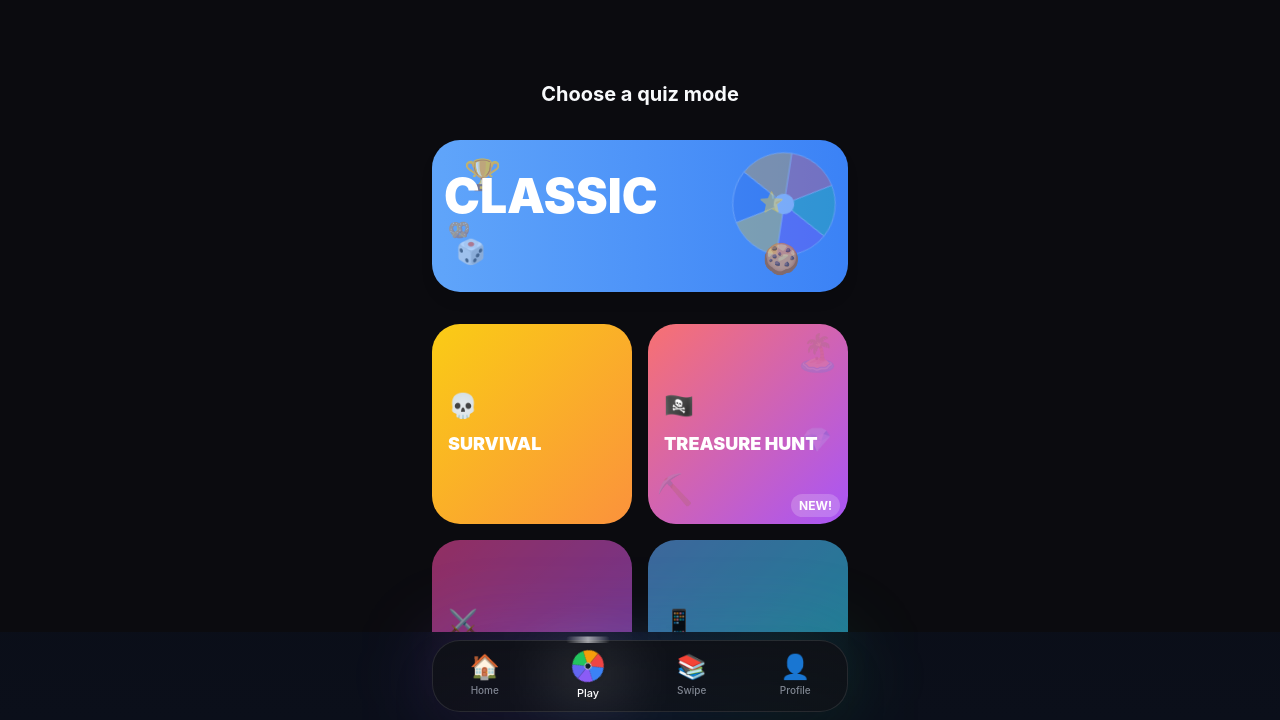
Repository: nirmaldas07/quizify-app
Page: /play
An editor plug-in stored every save of this project. The page is shown before and after the next save, followed by the edit.
The browser window is 1280 px wide. The pictures show the whole page.
An inner scrolling area shows only its first screen. The project was rebuilt for these pictures with package versions that can differ from the ones it lists, and the page was loaded fresh each time. Some packages were replaced by stand-ins written for this rebuild. Also part of the build but not shown: src/components/Shared/CoinFly.jsx, src/components/GameSystem/AvatarDisplay.jsx, src/components/GameSystem/XPBar.jsx, src/components/GameSystem/EnergyMeter.jsx, src/utils/categories.js, src/components/Home/HeroCard.jsx, src/components/Home/QuickActions.jsx, src/components/Home/CategoryGrid.jsx and 44 more.

Above is the page before, as saved 2025-08-31 23:12:44.

### index.html
<!DOCTYPE html>
<html lang="en">
  <head>
    <meta charset="UTF-8" />
    <meta name="viewport" content="width=device-width, initial-scale=1.0" />
    <link rel="icon" href="data:[embedded picture, 126 characters]">
    <title>Quizify</title>
  </head>
  <body>
    <div id="root"></div>
    <script type="module" src="/src/main.jsx"></script>
  </body>
</html>

### src/App.jsx
// src/App.jsx
import React, { createContext, useContext } from 'react';
import { Routes, Route, Navigate } from "react-router-dom";
import Layout from "./components/Shared/Layout";
import Home from "./components/Home/Home";
import Play from "./components/Play/PlayHome";
import Quiz from "./components/Quiz/Quiz.jsx";
import PartySpin from "./components/Play/PartySpin";
import SwipeQuiz from './components/Swipe/SwipeQuiz.jsx';

// Profile imports
import ProfileHome from "./components/Profile/ProfileHome";
import ProfileLeaderboard from "./components/Profile/Leaderboard";
import ProfileHistory from "./components/Profile/History";
import ProfileRewards from "./components/Profile/Rewards";
import ProfileBadges from "./components/Profile/Badges";
import ProfileAchievements from "./components/Profile/Achievements";
import ProfileStreaks from "./components/Profile/Streaks";
import ProfileQuests from "./components/Profile/Quests";
import ProfileSettings from "./components/Profile/Settings";


// Game System imports
import { useGameState } from './hooks/useGameState';

// Create Game Context
const GameContext = createContext(null);

// Export hook to use game context in components
export const useGame = () => {
  const context = useContext(GameContext);
  if (!context) {
    throw new Error('useGame must be used within GameProvider');
  }
  return context;
};

// Game Provider Wrapper
function GameProvider({ children }) {
  const gameState = useGameState();

  return (
    <GameContext.Provider value={gameState}>
      {children}
    </GameContext.Provider>
  );
}

export default function App() {
  return (
    <GameProvider>
      <Routes>
        <Route element={<Layout />}>
          <Route path="/" element={<Home />} />
          <Route path="/play" element={<Play />} />
          <Route path="/play/party" element={<PartySpin />} />

          {/* Profile routes */}
          <Route path="/profile" element={<ProfileHome />} />
          <Route path="/profile/leaderboard" element={<ProfileLeaderboard />} />
          <Route path="/profile/history" element={<ProfileHistory />} />
          <Route path="/profile/rewards" element={<ProfileRewards />} />
          <Route path="/profile/badges" element={<ProfileBadges />} />
          <Route path="/profile/achievements" element={<ProfileAchievements />} />
          <Route path="/profile/streaks" element={<ProfileStreaks />} />
          <Route path="/profile/quests" element={<ProfileQuests />} />
          <Route path="/profile/settings" element={<ProfileSettings />} />
          <Route path="/swipe" element={<SwipeQuiz />} />
          {/* Old leaders path → redirect */}
          <Route path="/leaders" element={<Navigate to="/profile/leaderboard" replace />} />

          {/* Quiz flow - Update this path when you move Quiz.jsx to Quiz folder */}
          <Route path="/quiz/:category" element={<Quiz />} />

          {/* Fallback */}
          <Route path="*" element={<Home />} />
        </Route>
      </Routes>
    </GameProvider>
  );
}

### src/index.css
@tailwind base;
@tailwind components;
@tailwind utilities;

/* ---------- Base (global) ---------- */
@layer base {
  html, body, #root { height: 100%; background:#000; color:#fff; }

  /* Calm dark surface + crisp type everywhere */
  body { @apply bg-base-bg text-base-text antialiased font-sans; }

  /* Subtle selection tint */
  ::selection { @apply bg-brand-blue/30; }
}

/* ---------- Tiny reusable pieces (optional, but handy) ---------- */
@layer components {
  .card { @apply bg-base-card/90 border border-base-border rounded-2xl p-4; }
  .pill { @apply px-3 py-1 rounded-full bg-white/5 border border-base-border text-xs; }

  .btn-primary {
    @apply bg-brand-blue text-white font-medium rounded-xl px-4 py-2
           hover:bg-brand-blue/90 transition shadow-soft;
  }
  .btn-ghost {
    @apply bg-white/5 border border-base-border text-base-text rounded-xl px-4 py-2
           hover:bg-white/10 transition;
  }
}

### src/components/Play/PlayHome.jsx
//src/components/Play/PlayHome.jsx
import { useState } from "react";
import { useNavigate } from "react-router-dom";
import ClassicMode from "./modes/classic/ClassicMode";
import SurvivalMode from "./modes/survival/SurvivalMode.jsx";
import TreasureHuntMode from "./modes/treasureHunt/TreasureHuntMode.jsx";

const PRIMARY_CATS = [
  { name: "General Knowledge", questions: 50, icon: "🧠", color: "#7C3AED" },
  { name: "Artificial Intelligence", questions: 28, icon: "🤖", color: "#10B981" },
  { name: "Fun facts", questions: 30, icon: "🎉", color: "#EF4444" },
  { name: "Science", questions: 45, icon: "🧪", color: "#F59E0B" },
  { name: "History", questions: 42, icon: "🏺", color: "#2563EB" },
  { name: "Geography", questions: 38, icon: "🗺️", color: "#FACC15" }
];

const WHEEL_CATEGORIES = PRIMARY_CATS.slice(0, 6);
const sliceAngle = 360 / WHEEL_CATEGORIES.length;

function ModesGrid({ onModeSelect, onNavigateHome }) {
  return (
    <div className="fixed inset-0 bg-base-bg text-base-text overflow-hidden">
      <div className="h-full overflow-y-auto mx-auto max-w-md px-4 pt-[calc(env(safe-area-inset-top)+5rem)] pb-[calc(env(safe-area-inset-bottom)+5.25rem)]">
        <header className="flex items-center mb-8">
          <h1 className="text-center text-xl font-bold w-full">Choose a quiz mode</h1>
        </header>

        <div className="space-y-8">
          <button
            onClick={() => onModeSelect('classic')}
            className="w-full relative overflow-hidden rounded-3xl bg-gradient-to-r from-blue-400 to-blue-500 p-8 text-left shadow-lg hover:shadow-xl transition-all active:scale-[0.98]"
          >
            <div className="absolute top-0 right-0 w-32 h-32 opacity-30">
              <svg viewBox="0 0 100 100" className="w-full h-full animate-spin" style={{ animationDuration: '20s' }}>
                {WHEEL_CATEGORIES.map((cat, i) => {
                  const start = i * sliceAngle;
                  const end = start + sliceAngle;
                  const largeArc = sliceAngle > 180 ? 1 : 0;
                  const sr = (Math.PI * start) / 180;
                  const er = (Math.PI * end) / 180;
                  const x1 = 50 + 40 * Math.cos(sr);
                  const y1 = 50 - 40 * Math.sin(sr);
                  const x2 = 50 + 40 * Math.cos(er);
                  const y2 = 50 - 40 * Math.sin(er);
                  return (
                    <path
                      key={i}
                      d={`M50,50 L${x1},${y1} A40,40 0 ${largeArc} 0 ${x2},${y2} Z`}
                      fill={cat.color}
                      stroke="white"
                      strokeWidth="0.5"
                    />
                  );
                })}
                <circle cx="50" cy="50" r="8" fill="white"/>
              </svg>
            </div>

            <div className="absolute top-4 left-8 text-3xl opacity-60">🏆</div>
            <div className="absolute top-12 right-16 text-xl opacity-40">⭐</div>
            <div className="absolute bottom-6 left-6 text-2xl opacity-50">🎲</div>
            <div className="absolute bottom-4 right-12 text-3xl opacity-60">🍪</div>
            <div className="absolute top-1/2 left-4 text-lg opacity-40">🥨</div>

            <h2 className="text-5xl font-black text-white mb-10 relative z-10" style={{transform: 'translateX(-20px)'}}>CLASSIC</h2>
          </button>

          <div className="grid grid-cols-2 gap-4">
            <button
              onClick={() => onModeSelect('survival')}
              className="aspect-square rounded-3xl bg-gradient-to-br from-yellow-400 to-orange-400 p-4 text-left hover:shadow-xl transition-all active:scale-[0.98] relative overflow-hidden"
            >
              <div className="text-2xl mb-2">💀</div>
              <h4 className="text-lg font-black text-white">SURVIVAL</h4>
            </button>

            <button
              onClick={() => onModeSelect('treasureHunt')}
              className="aspect-square rounded-3xl bg-gradient-to-br from-red-400 to-purple-500 p-4 text-left hover:shadow-xl transition-all active:scale-[0.98] relative overflow-hidden"
            >
              {/* Animated island background */}
              <div className="absolute inset-0 opacity-20">
                <div className="absolute top-2 right-2 text-4xl animate-pulse">🏝️</div>
                <div className="absolute bottom-2 left-2 text-3xl animate-bounce" style={{ animationDelay: '0.5s' }}>⛏️</div>
                <div className="absolute top-1/2 right-4 text-2xl animate-pulse" style={{ animationDelay: '1s' }}>💎</div>
              </div>
              <div className="text-2xl mb-2 relative z-10">🏴‍☠️</div>
              <h4 className="text-lg font-black text-white relative z-10">TREASURE HUNT</h4>
              <div className="absolute bottom-2 right-2">
                <span className="text-xs bg-white/20 px-2 py-1 rounded-full text-white font-bold">NEW!</span>
              </div>
            </button>

            <button
              disabled
              className="aspect-square rounded-3xl bg-gradient-to-br from-pink-500 to-purple-500 p-4 text-left opacity-60"
            >
              <div className="text-2xl mb-2">⚔️</div>
              <h4 className="text-lg font-black text-white">SURVIVAL ARENA</h4>
            </button>

            <button
              disabled
              className="aspect-square rounded-3xl bg-gradient-to-br from-blue-400 to-cyan-400 p-4 text-left opacity-60"
            >
              <div className="text-2xl mb-2">📱</div>
              <h4 className="text-lg font-black text-white">TRIVIA VIDEO</h4>
            </button>
          </div>
        </div>
      </div>
    </div>
  );
}

export default function PlayHome() {
  const [selectedMode, setSelectedMode] = useState(null);
  const navigate = useNavigate();

  const handleModeSelect = (mode) => {
    if (mode === 'classic') {
      setSelectedMode('classic');
    } else if (mode === 'survival') {
      setSelectedMode('survival');
    } else if (mode === 'treasureHunt') {
      setSelectedMode('treasureHunt');
    }
  };

  const handleNavigateHome = () => {
    navigate('/');
  };

  const handleBackToModes = () => {
    setSelectedMode(null);
  };

  // Render the selected mode
  if (selectedMode === 'classic') {
    return <ClassicMode onBack={handleBackToModes} />;
  }

  if (selectedMode === 'survival') {
    return <SurvivalMode onBack={handleBackToModes} />;
  }

  if (selectedMode === 'treasureHunt') {
    return <TreasureHuntMode onBack={handleBackToModes} />;
  }

  // Default: show mode selection screen (this is what users see first)
  return (
    <ModesGrid
      onModeSelect={handleModeSelect}
      onNavigateHome={handleNavigateHome}
    />
  );
}

Loaded but not shown: src/main.jsx (common file); src/hooks/useGameState.js (184 lines, source omitted); src/utils/gameConstants.js (98 lines, source omitted); tailwind.config.js (53 lines, source omitted); src/components/Shared/Layout.jsx (453 lines, source omitted)

After the next save:
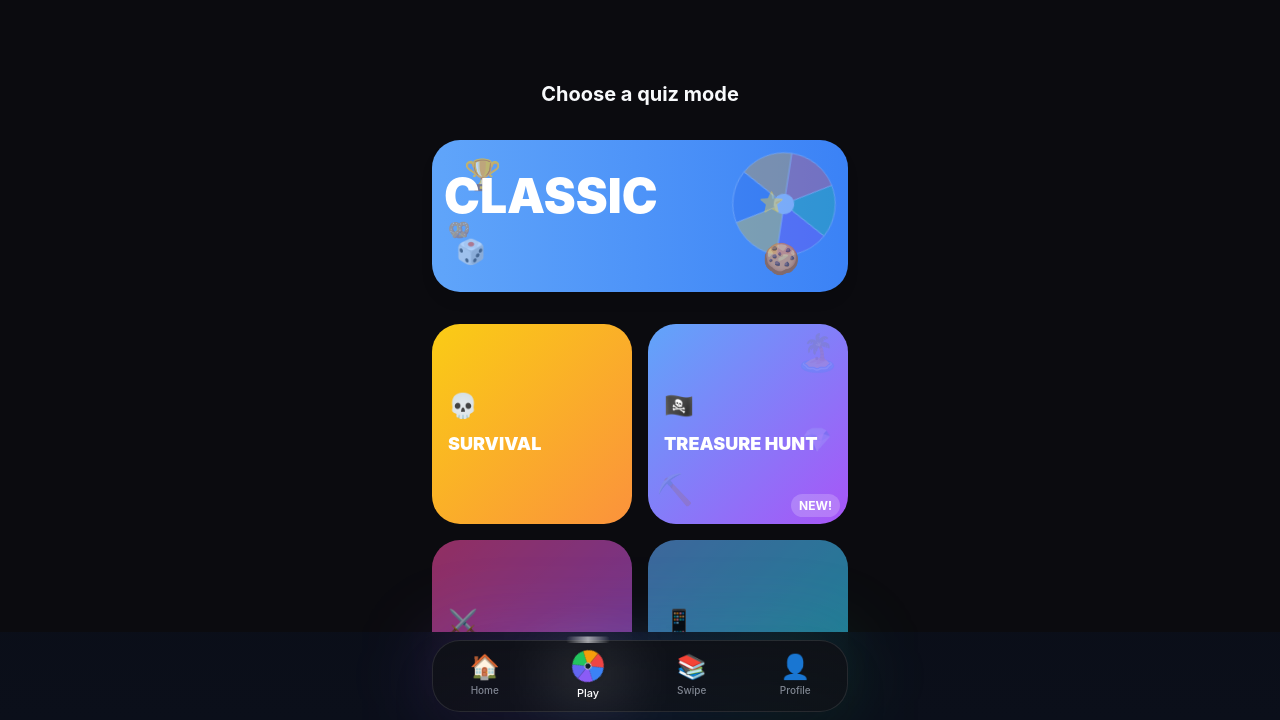
Saved 5 s later.
--- a/src/components/Play/PlayHome.jsx
+++ b/src/components/Play/PlayHome.jsx
@@ -76,7 +76,7 @@ function ModesGrid({ onModeSelect, onNavigateHome }) {
 
             <button
               onClick={() => onModeSelect('treasureHunt')}
-              className="aspect-square rounded-3xl bg-gradient-to-br from-red-400 to-purple-500 p-4 text-left hover:shadow-xl transition-all active:scale-[0.98] relative overflow-hidden"
+              className="aspect-square rounded-3xl bg-gradient-to-br from-blue-400 to-purple-500 p-4 text-left hover:shadow-xl transition-all active:scale-[0.98] relative overflow-hidden"
             >
               {/* Animated island background */}
               <div className="absolute inset-0 opacity-20">
